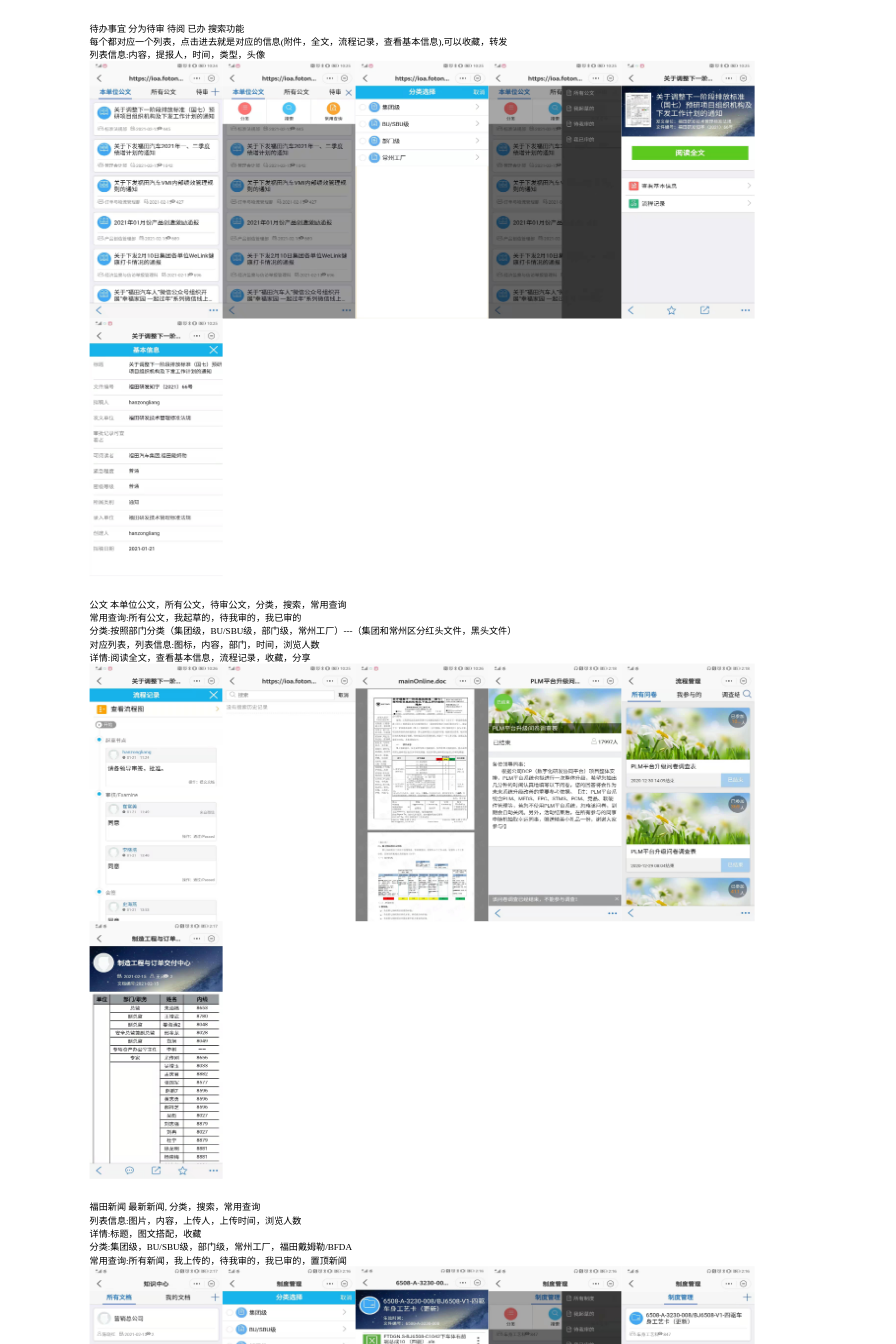
Repository: ch230/2021
Page: A.html
An editor plug-in stored every save of this project. The page is shown before and after the next save, followed by the edit.
The browser window is 1280 px wide. The pictures show the part of the page from y = 0 to 1920 px (the page is 3603 px tall before and 6471 px after), at 70% of full size.

Above is the page before, as saved 2021-02-15 14:47:00.

### A.html
<!DOCTYPE html>
<html lang="en">
  <head>
    <meta charset="UTF-8" />
    <meta name="viewport" content="width=device-width, initial-scale=1.0" />
    <title>Document</title>
    <style>
      * {
        padding: 0;
        margin: 0;
        list-style: none;
      }
      body,
      html,
      #app {
        height: 100%;
        width: 100%;
        font-size: 13px;
      }
      #items {
        height: auto;
        width: 80%;
        margin: 30px auto;
      }
      #items div {
        width: 80%;
      }
      #items p {
      }
      #items ul {
        width: 100%;
        display: flex;
        flex-wrap: wrap;
      }
      #items ul li {
        height: 368px;
        width: 190px;
      }
      #items ul li img {
        display: inline-block;
        width: 100%;
        height: 100%;
      }
    </style>
  </head>
  <body>
    <div id="app">
      <!-- 待办事宜 -->
      <div id="items">
        <div>
          <p>待办事宜 分为待审 待阅 已办 搜索功能</p>
          <p>
            每个都对应一个列表，点击进去就是对应的信息(附件，全文，流程记录，查看基本信息),可以收藏，转发
          </p>
          <p>列表信息:内容，提报人，时间，类型，头像</p>
        </div>
        <ul>
          <li>
            <img src="./img/1.jpg" alt="" />
          </li>
          <li>
            <img src="./img/2.jpg" alt="" />
          </li>
          <li>
            <img src="./img/3.jpg" alt="" />
          </li>
          <li>
            <img src="./img/4.jpg" alt="" />
          </li>
          <li>
            <img src="./img/5.jpg" alt="" />
          </li>
          <li>
            <img src="./img/6.jpg" alt="" />
          </li>
        </ul>
      </div>
      <!-- 公文 -->
      <div id="items">
        <div>
          <p>公文 本单位公文，所有公文，待审公文，分类，搜索，常用查询</p>
          <p>常用查询:所有公文，我起草的，待我审的，我已审的</p>
          <p>
            分类:按照部门分类（集团级，BU/SBU级，部门级，常州工厂）---（集团和常州区分红头文件，黑头文件）
          </p>
          <p>对应列表，列表信息:图标，内容，部门，时间，浏览人数</p>
          <p>详情:阅读全文，查看基本信息，流程记录，收藏，分享</p>
        </div>
        <ul>
          <li>
            <img src="./img/7.jpg" alt="" />
          </li>
          <li>
            <img src="./img/8.jpg" alt="" />
          </li>
          <li>
            <img src="./img/9.jpg" alt="" />
          </li>
          <li>
            <img src="./img/10.jpg" alt="" />
          </li>
          <li>
            <img src="./img/11.jpg" alt="" />
          </li>
          <li>
            <img src="./img/12.jpg" alt="" />
          </li>
        </ul>
      </div>
      <!-- 福田新闻 -->
      <div id="items">
        <div>
          <p>福田新闻 最新新闻, 分类，搜索，常用查询</p>
          <p>列表信息:图片，内容，上传人，上传时间，浏览人数</p>
          <p>详情:标题，图文搭配，收藏</p>
          <p>分类:集团级，BU/SBU级，部门级，常州工厂，福田戴姆勒/BFDA</p>
          <p>常用查询:所有新闻，我上传的，待我审的，我已审的，置顶新闻</p>
        </div>
        <ul>
          <li>
            <img src="./img/13.jpg" alt="" />
          </li>
          <li>
            <img src="./img/14.jpg" alt="" />
          </li>
          <li>
            <img src="./img/15.jpg" alt="" />
          </li>
          <li>
            <img src="./img/16.jpg" alt="" />
          </li>
          <li>
            <img src="./img/17.jpg" alt="" />
          </li>
        </ul>
      </div>
      <!-- 制度管理 -->
      <div id="items">
        <div>
          <p>制度管理 制度管理, 分类，搜索，常用查询</p>
          <p>列表信息:图片，内容，部门，浏览人数</p>
          <p>详情:标题，生效时间，文件编号，附件，收藏 附件查看</p>
          <p>分类:集团级，BU/SBU级，部门级，常州工厂，福田戴姆勒/BFDA</p>
          <p>常用查询:所有制度，我起草的，待我审的，我已审的</p>
        </div>

        <ul>
          <li>
            <img src="./img/18.jpg" alt="" />
          </li>
          <li>
            <img src="./img/19.jpg" alt="" />
          </li>
          <li>
            <img src="./img/20.jpg" alt="" />
          </li>
          <li>
            <img src="./img/21.jpg" alt="" />
          </li>
        </ul>
      </div>
      <!-- OA知识中心 -->
      <div id="items">
        <div>
          <p>OA知识中心 所有文档, 我的文档，分类，搜索，常用查询</p>
          <p>列表信息:图片，内容，发布人，发布时间，浏览人数</p>
          <p>详情:内容，附件，收藏，评价 附件查看</p>
          <p>常用查询:所有制度，我起草的，待我审的，我已审的</p>
        </div>

        <ul>
          <li>
            <img src="./img/22.jpg" alt="" />
          </li>
          <li>
            <img src="./img/23.jpg" alt="" />
          </li>
          <li>
            <img src="./img/24.jpg" alt="" />
          </li>
          <li>
            <img src="./img/25.jpg" alt="" />
          </li>
          <li>
            <img src="./img/26.jpg" alt="" />
          </li>
        </ul>
      </div>
      <!-- OA调查问卷 -->
      <div id="items">
        <div>
          <p>OA调查问卷 所有问卷，我参与的，调查结果，搜索</p>
          <p>列表:已参与人数，结束时间，调查标题</p>
          <p>详情:问卷调查状态,参与人数，内容，标题</p>
        </div>
        <ul>
          <li>
            <img src="./img/27.jpg" alt="" />
          </li>
          <li>
            <img src="./img/28.jpg" alt="" />
          </li>
          <li>
            <img src="./img/29.jpg" alt="" />
          </li>
          <li>
            <img src="./img/30.jpg" alt="" />
          </li>
          <li>
            <img src="./img/31.jpg" alt="" />
          </li>
        </ul>
      </div>
    </div>
  </body>
</html>

After the next save:
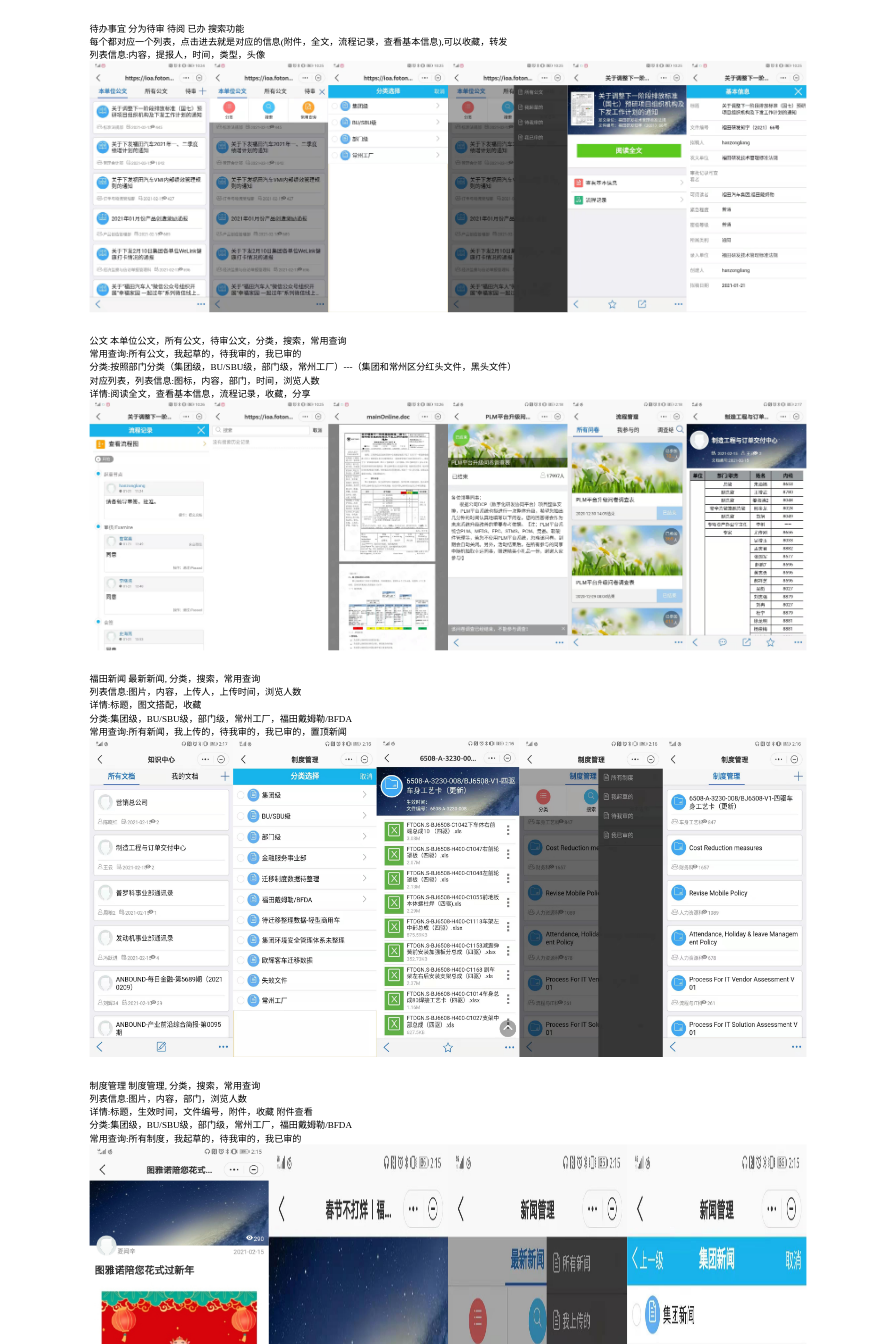
Saved 14 s later.
--- a/A.html
+++ b/A.html
@@ -33,8 +33,9 @@
         flex-wrap: wrap;
       }
       #items ul li {
-        height: 368px;
-        width: 190px;
+        flex: 1;
+        /* height: 368px;
+        width: 190px; */
       }
       #items ul li img {
         display: inline-block;
